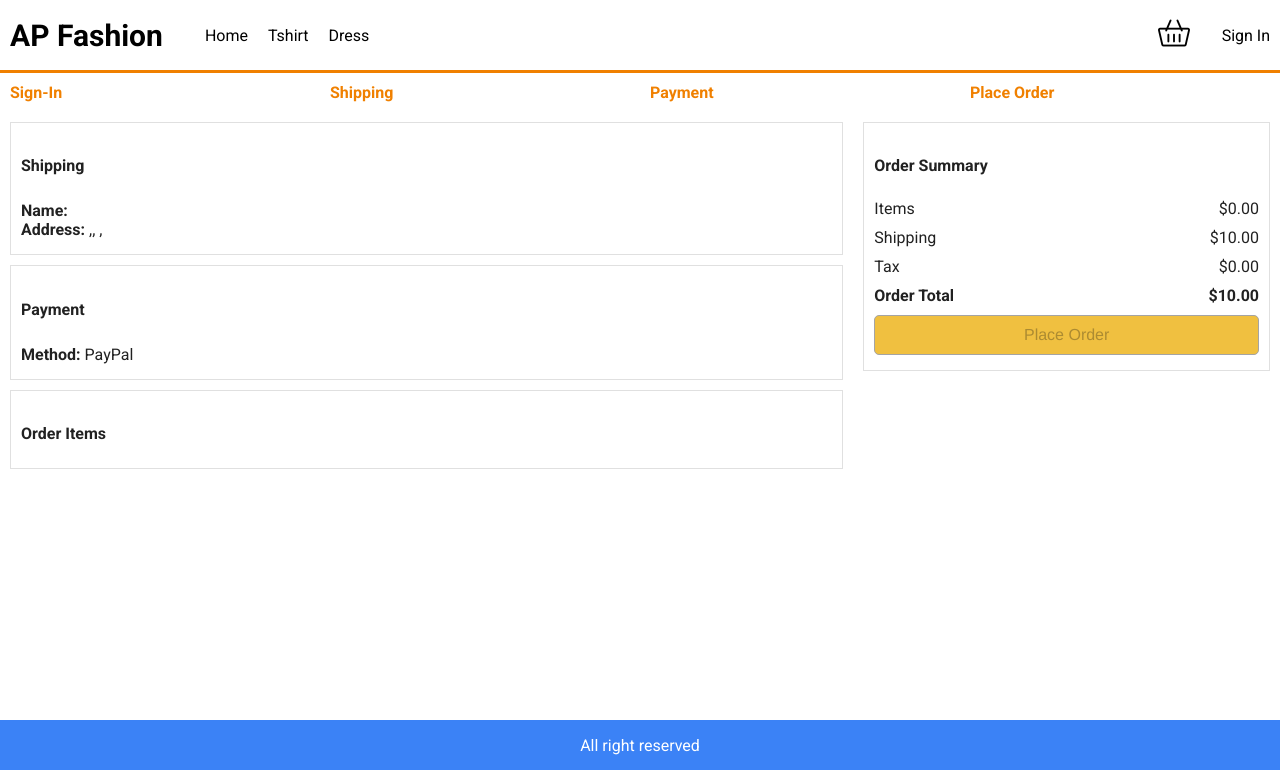
Repository: rexhep/e-commerce
Page: /placeorder (app in frontend/)
The author's editor kept a copy of each file at every save. The page is drawn from the files as they stood at one save, then again after the next save.
The browser window is 1280 px wide. The pictures show the whole page.
The project was rebuilt for these pictures with package versions that can differ from the ones it lists, and the page was loaded fresh each time. Also part of the build but not shown: frontend/src/actions/cartActions.js, frontend/src/actions/userActions.js, frontend/src/components/clientHeader/ClientHeader.jsx, frontend/src/components/MessageBox.js, frontend/src/pages/CartPage.js, frontend/src/components/LoadingBox.js, frontend/src/components/clientHeader/HeaderSlider.jsx, frontend/src/components/SearchFilters.jsx and 26 more.

Above is the page before, as saved 2021-10-28 01:33:32.

### frontend/public/index.html
<!DOCTYPE html>
<html lang="en">
  <head>
    <meta charset="utf-8" />
    <link rel="icon" href="%PUBLIC_URL%/favicon.ico" />
    <meta name="viewport" content="width=device-width, initial-scale=1" />
    <meta name="theme-color" content="#000000" />
    <meta
      name="description"
      content="Web site created using create-react-app"
    />
    <link rel="apple-touch-icon" href="%PUBLIC_URL%/logo192.png" />
    <!--
      manifest.json provides metadata used when your web app is installed on a
      user's mobile device or desktop. See https://developers.google.com/web/fundamentals/web-app-manifest/
    -->
    <link rel="manifest" href="%PUBLIC_URL%/manifest.json" />
    <!--
      Notice the use of %PUBLIC_URL% in the tags above.
      It will be replaced with the URL of the `public` folder during the build.
      Only files inside the `public` folder can be referenced from the HTML.

      Unlike "/favicon.ico" or "favicon.ico", "%PUBLIC_URL%/favicon.ico" will
      work correctly both with client-side routing and a non-root public URL.
      Learn how to configure a non-root public URL by running `npm run build`.
    -->
    <link
        rel="stylesheet"
        href="https://cdnjs.cloudflare.com/ajax/libs/font-awesome/4.7.0/css/font-awesome.min.css"
      />
      <link rel="preconnect" href="https://fonts.googleapis.com">
      <link href="https://fonts.googleapis.com/css2?family=Roboto:ital,wght@0,100;0,300;0,400;0,500;0,700;0,900;1,100;1,300;1,400;1,500;1,700;1,900&display=swap" rel="stylesheet">
    <title>React App</title>
  </head>
  <body>
    <noscript>You need to enable JavaScript to run this app.</noscript>
    <div id="root"></div>
    <!--
      This HTML file is a template.
      If you open it directly in the browser, you will see an empty page.

      You can add webfonts, meta tags, or analytics to this file.
      The build step will place the bundled scripts into the <body> tag.

      To begin the development, run `npm start` or `yarn start`.
      To create a production bundle, use `npm run build` or `yarn build`.
    -->
  </body>
</html>

### frontend/src/index.js
import React from 'react';
import { Provider } from 'react-redux';
import ReactDOM from 'react-dom';
import './index.css';
import App from './App';
import reportWebVitals from './reportWebVitals';
import store from './store';

ReactDOM.render(
  <Provider store={store}>
    <React.StrictMode>
      <App />
    </React.StrictMode>
  </Provider>,
  document.getElementById('root')
);

// If you want to start measuring performance in your app, pass a function
// to log results (for example: reportWebVitals(console.log))
// or send to an analytics endpoint. Learn more: https://bit.ly/CRA-vitals
reportWebVitals();

### frontend/src/index.css
html {
  font-size: 62.5%; /* 16px x 62.5 = 10px = 1rem */
  box-sizing: border-box;
}

html, body {
  overflow: auto;
}

body {
  margin: 0;
  /* height: 100vh; */
  font-size: 1.6rem;
  font-family: 'Roboto', sans-serif;
  -webkit-font-smoothing: antialiased;
  -moz-osx-font-smoothing: grayscale;
  overflow-x: hidden;
}
#root {
  float: left;
  width: 100%;
  height: 100%;
  min-height: 100vh;
}

/* Layout */
.primary-container {
  margin-top: 20px;
}
.grid-container {
  display: grid;
  grid-template-areas:
  'header'
  'main'
  'footer';
  grid-template-columns: 1fr;
  grid-template-rows: 5rem 1fr 5rem;
  height: 100%;
}

header {
  grid-area: header;
  background-color: #fff;
  height: 50px;
}

main {
  /* grid-area: main;
  padding: 1rem; */
  float: left;
  width: 100%;
  min-height: 100vh;
}

footer {
  grid-area: footer;
  background-color: #3B82F6;
  height: 50px;
  color: #fff;
  float: left;
  width: 100%;
}
/* Common */
h1 {
  font-size: 1.8rem;
  padding: 1rem 0;
}

h2 {
  font-size: 1.6rem;
  padding: 1rem 0;
}
a {
  text-decoration: none;
}
a:hover {
  color: #ff8000;
}
ul {
  padding: 0;
  margin: 0;
  list-style-type: none;
}
li {
  margin-top: 1rem;
}

.mr-20 {
  margin-right: 20px;
}

input,
select,
textarea,
button {
  padding: 1rem;
  border-radius: 0.5rem;
  border: 0.1rem #a4a4a4 solid;
  font-size: 1.6rem;
  font-family: Helvetica, Arial, sans-serif;
  -webkit-font-smoothing: antialiased;
  -moz-osx-font-smoothing: grayscale;
}

button {
  background-color: #f8f8f8;
  cursor: pointer;
}

#fade-button {
  color: #fff;
  font-size: 1.6rem;
}
#fade-button:hover {
  border: none;
}

input:hover,
select:hover,
textarea:hover,
button:hover {
  border: 0.1rem #404040 solid;
}
button.primary {
  background-color: #f0c040;
}
button.block {
  width: 100%;
}

button.small {
  font-size: 1.2rem;
}

/* Header */
header {
  color: #000;
  padding: 1rem;
}
header div a {
  color: #000;
}
a.brand {
  color: #000;
  font-size: 3rem;
  font-weight: bold;
}
.badge {
  background-color: #f02020;
  color: #ffffff;
  border-radius: 50%;
  padding: 0.2rem 0.7rem;
  font-size: 1.4rem;
  margin-left: 0.2rem;
}
.row {
  display: flex;
  flex-wrap: wrap;
  justify-content: space-between;
  align-items: center;
}
.row.center {
  justify-content: center;
}
.row.top {
  align-items: flex-start;
}
.col-1 {
  flex: 1 1 25rem;
}
.col-2 {
  flex: 2 1 50rem;
}

.min-30 {
  min-width: 30rem;
}

/* Image */
img {
  border-radius: 0.5rem;
}
img.small {
  max-width: 5rem;
  width: 100%;
}
img.medium {
  max-width: 29rem;
  width: 100%;
}
img.large {
  width: 100%;
}
img.custom-image {
  max-width: 29rem;
  width: 100%;
  max-height: 600px;
  height: 100%;
}

/* SLIDER */
.slider-cover {
  float: left;
  width: 100%;
  height: 500px;
}

.slider-cover .desc {
  position: absolute;
  left: 50%;
  top: 50%;
  transform: translate(-50%, -50%);
  -ms-transform: translate(-50%, -50%); /* for IE 9 */
  -webkit-transform: translate(-50%, -50%); /* for Safari */
  max-width: 500px;
}

.slider-cover .desc h2.title {
  font-size: 32px;
  color: #fff;
  text-align: center;
  font-weight: 700;
  font-size: 60px;
  text-transform: uppercase;
  margin-bottom: 0;
}

.slider-cover .desc p {
  color: #fff;
  font-size: 16px;
  text-align: center;
  font-weight: 300;
}


/* Card */
.card {
  /* border: 0.1rem #c0c0c0 solid;
  background-color: #f8f8f8;
  border-radius: 0.5rem;
  margin: 1rem; */
  background-color: rgb(255, 255, 255);
  color: rgba(0, 0, 0, 0.87);
  transition: box-shadow 300ms cubic-bezier(0.4, 0, 0.2, 1) 0ms;
  border: 1px solid rgba(0, 0, 0, 0.12);
  overflow: hidden;
  border-radius: 0;
  margin: 1rem;
}
.card-body {
  padding: 1rem;
}

.card-body > * {
  margin-bottom: 0.5rem;
}

.custom-card {
  overflow: visible !important;
}

.custom-item, .custom-card {
  box-shadow: none !important;
  border-radius: 0 !important;
}

.custom-item {
  border:solid 1px #ccc9c9;
}

.custom-card-content a h2 {
  font-size: 18px;
  color: #1F2937;
  font-weight: 300;
    text-transform: uppercase;
}

.custom-card-content .rating span {
  font-size: 14px;
  font-weight: 300;
}

.custom-card-content .price {
  font-size: 18px;
  font-weight: 700;
  padding-top: 20px;
}

.custom-card img {
  border-radius: 0;
}

.test {
  z-index: 9999;
  background-color: red;
}

.price {
  font-size: 2rem;
}

/* Rating */
.rating span {
  color: #f0c040;
  margin: 0.1rem;
}
.rating span:last-child {
  color: #404040;
}

/* Alert */
.loading {
  display: block !important;
}
.success {
  color: #20a020;
}
.danger {
  color: #a02020;
}

.alert {
  padding: 1rem;
  border: 0.1rem solid transparent;
  border-radius: 0.5rem;
}
.alert-info {
  color: #2020a0;
  background-color: #e0e0ff;
}
.alert-danger {
  color: #a02020;
  background-color: #ffe0e0;
}

.alert-success {
  color: #20a020;
  background-color: #eeffe0;
}

/* Form */
.form {
  max-width: 60rem;
  margin: 0 auto;
}
.form > div {
  display: flex;
  flex-direction: column;
  margin: 1rem;
}
.form label {
  margin: 1rem 0;
}

/* Dropdown */
.dropdown {
  display: inline-block;
  position: relative;
}
.dropdown-content {
  position: absolute;
  display: none;
  right: 0;
  min-width: 12rem;
  padding: 1rem;
  z-index: 1;
  background-color: #203040;
  margin: 0;
  margin-top: 0.4rem;
  border-radius: 0.5rem;
}
.dropdown:hover .dropdown-content {
  display: block;
}

/* Checkout Steps */
.checkout-steps > div {
  border-top: 0.3rem #c0c0c0 solid;
  color: #c0c0c0;
  flex: 1;
  padding: 1rem;
  font-weight: bold;
}
.checkout-steps > div.active {
  border-top-color: #f08000;
  color: #f08000;
}

/* Table */
.table {
  width: 100%;
  border-collapse: collapse;
}
.table tbody tr:nth-of-type(odd) {
  background-color: #f4f4f4;
}
.table td,
.table th {
  text-align: left;
  border: 0.1rem solid #e4e4e4;
  padding: 0.5rem;
}
.table button {
  margin: 0 0.2rem;
}

/* font-SIZE */
.fontSize, .fontSize a {
  font-size: 1.6rem !important;
  color: #333 !important;
}
.fontSize-avatar {
  color: #000;
  font-size: 1.6rem !important;
}

/* AVATAR ICON */
.avatar-icon {
  margin-left: 10px !important;
}
.avatar-icon:hover {
  border: 0;
}

/* SPINNER */
.spinner-box {
  width: 100%;
  height: 85vh;
  display: flex;
  justify-content: center;
  align-items: center;
  background-color: transparent;
}
.three-quarter-spinner {
  width: 50px;
  height: 50px;
  border: 3px solid #fb5b53;
  border-top: 3px solid transparent;
  border-radius: 50%;
  animation: spin .5s linear 0s infinite;
}

/* END SPINNER */

/* PRODUCT DETAILS */
.product-details {
  padding: 20px;
}
.product-details-image {
  width: 100%;
}

.product-details-image img {
  width: auto;
  max-height: 500px;
  margin: 0 auto;
  display: block;
  border: solid 1px;
  border-radius: 0;
}

.product-details h1 {
  text-transform: uppercase;
  font-family: 'Roboto', sans-serif;
}

.product-details ul li {
  font-family: 'Roboto', sans-serif;
  font-weight: 300;
}

/* END PRODUCT DETAILS */

/* SEARCH FILTER */
.search-filter-main {
  display: block;
  float: left;
  width: 100%;
}
.search-filters {
  display: flex;
  align-items: center;
  justify-content: space-between;
  padding: 15px 0;
  margin: 40px 0;
  border-top: 1px dashed rgba(#2e7bf7, 0.1);
  border-bottom: 1px dashed rgba(#2e7bf7, 0.1);
}
.search-filters input[type="text"] {
  display: block;
  flex: 1;
  padding: 10px 0;
  outline: none;
  font-family: inherit;
  font-size: 20px;
  font-weight: 300;
  color: #000;
  border: none;
  background: none;
}
.search-filters::placeholder {
  font-style: italic;
  color: rgba(#000, 0.3);
}

.search-filters > div {
  display: flex;
  align-items: center;
}

.search-filters > p {
    margin: 0 20px 0 0;
    font-size: 14px;
    font-style: italic;
    font-weight: 400;
    text-align: right;
}

.search-filters > span {
  display: inline-block;
  margin-left: 10px;
  font-size: 12px;
}


.search-filters .slider {
  min-width: 200px;
  height: 30px;
}

.search-filters .slider .track {
    top: 50%;
    height: 8px;
    margin: -4px 0 0;
    background: #3B82F6;
    border-radius: 99px;
  }

  .search-filters .slider .track-1 {
    background:#2868cf
  }

  .search-filters .slider .thumb {
    top: 50%;
    width: 20px;
    height: 20px;
    cursor: pointer;
    outline: none;
    transform: translate(0, -50%);
    background: #3B82F6;
    border-radius: 4px;
    transition: 120ms background-color;
  }

  .search-filters .slider:before {
      content: attr(aria-valuenow);
      position: absolute;
      left: 50%;
      bottom: 100%;
      font-size: 12px;
      font-style: italic;
      line-height: 20px;
      padding: 0 5px;
      color: #fff;
      background: rgba(#000, 0.8);
      border-radius: 4px;
      opacity: 0;
      transform: translate(-50%, -5px) scale(0.5);
      transform-origin: center 25px;
      transition: 120ms transform ease-in-out, 120ms opacity;
      pointer-events: none;
    }

    .search-filters .slider:after {
      content: '';
      position: absolute;
      left: 50%;
      bottom: 100%;
      opacity: 0;
      border: 3px solid transparent;
      border-top-color: rgba(#000, 0.8);
      transform: translate(-50%, 0) scale(0.5);
      transform-origin: center bottom;
      transition: 120ms transform ease-in-out, 120ms opacity;
      pointer-events: none;
    }

  .search-filters .slider:hover:before, .search-filters .slider:hover.active:before {
      opacity: 1;
      transform: translate(-50%, -5px) scale(1);
    }

  .search-filters .slider:hover:after, .search-filters .slider:hover:after {
    opacity: 1;
    transform: translate(-50%, 1px) scale(1);
    }
/* END SEARCH FILTER */

/* IMAGE DETAILS */
.carousel-container {
  margin: 20px;
}

.selected-image {
  width: 100%;
  height: 500px;
  margin-bottom: 8px;
  background-position: center center;
  background-repeat: no-repeat;
  background-size: cover;
}

.carousel {
  position: relative;
}

/* .carousel__images {
  display: flex;
  max-width: 100%;
  overflow-x: hidden;
} */

.carousel__image-selected {
  border: 3px solid #ffa700 !important;
}

.carousel__image {
  margin-right: 10px;
  height: 150px;
  /* min-width: 150px; */
  border: 3px solid #ffa70000;
  background-position: center center;
  background-repeat: no-repeat;
  background-size: cover;
}

.carousel__button {
  position: absolute;
  top: 40%;
}

.carousel__button-left {
  left: 10px;
  background-image: url('./pages/products/images/prev.png');
  background-repeat: no-repeat;
  width: 50px;
  height: 50px;
  background-position: center;
  border-radius: 50%;
  border: none;
  background-color: #fff;
  box-shadow: 0px 5px 25px 0px rgb(0 0 0 / 10%);
  z-index: 9999;
}

.carousel__button-right {
  right: 10px;
  background-image: url('./pages/products/images/next.png');
  background-repeat: no-repeat;
  width: 50px;
  height: 50px;
  background-position: center;
  border-radius: 50%;
  border: none;
  background-color: #fff;
  box-shadow: 0px 5px 25px 0px rgb(0 0 0 / 10%);
  z-index: 9999;
}
/* END IMAGE_DETAILS */

/* KEYFRAMES */

@keyframes spin {
  from {
    transform: rotate(0);
  }
  to{
    transform: rotate(359deg);
  }
}

@keyframes spin3D {
  from {
    transform: rotate3d(.5,.5,.5, 360deg);
  }
  to{
    transform: rotate3d(0deg);
  }
}

@keyframes configure-clockwise {
  0% {
    transform: rotate(0);
  }
  25% {
    transform: rotate(90deg);
  }
  50% {
    transform: rotate(180deg);
  }
  75% {
    transform: rotate(270deg);
  }
  100% {
    transform: rotate(360deg);
  }
}

@keyframes configure-xclockwise {
  0% {
    transform: rotate(45deg);
  }
  25% {
    transform: rotate(-45deg);
  }
  50% {
    transform: rotate(-135deg);
  }
  75% {
    transform: rotate(-225deg);
  }
  100% {
    transform: rotate(-315deg);
  }
}

@keyframes pulse {
  from {
    opacity: 1;
    transform: scale(1);
  }
  to {
    opacity: .25;
    transform: scale(.75);
  }
}

### frontend/src/components/privateRoute.js
import React from 'react';
import { useSelector } from 'react-redux';
import { Redirect, Route } from 'react-router-dom';

export default function PrivateRoute({ component: Component, ...rest }) {
    const userSignin = useSelector((state) => state.userSignin);
    const { userInfo } = userSignin;
    return (
        <Route
            {...rest}
            render={(props) =>
                userInfo ? (
                    <Component {...props}></Component>
                ) : (
                    <Redirect to="/signin" />
                )
            }
        ></Route>
    );
}

### frontend/src/components/AdminRoute.js
import React from 'react';
import { useSelector } from 'react-redux';
import { Redirect, Route } from 'react-router-dom';

export default function AdminRoute({ component: Component, ...rest }) {
    const userSignin = useSelector((state) => state.userSignin);
    const { userInfo } = userSignin;
    return (
        <Route
            {...rest}
            render={(props) =>
                userInfo && userInfo.isAdmin ? (
                    <Component {...props}></Component>
                ) : (
                    <Redirect to="/signin" />
                )
            }
        ></Route>
    )
}

### frontend/src/reducers/ratingsReducers.js
import { PRODUCT_RATINGS_FAIL, PRODUCT_RATINGS_REQUEST, PRODUCT_RATINGS_SUCCESS } from "../constants/ratingsConstants";

export const productRatingsReducer = (state = { loading: true, ratings: [] }, action) => {
    switch (action.type) {
        case PRODUCT_RATINGS_REQUEST:
            return { loading: true };
        case PRODUCT_RATINGS_SUCCESS:
            return { loading: false, item: action.payload }
        case PRODUCT_RATINGS_FAIL:
            return { loading: false, error: action.payload };
        default:
            return state;
    }
}

### frontend/src/components/clientHeader/ClientNavbar.jsx
import React from 'react';
import { useSelector } from 'react-redux';
import { Link } from 'react-router-dom';
import { makeStyles } from '@material-ui/core';
import addToCartImage from '../../components/clientHeader/images/shopping-cart-2.png';
import ClientHeader from '../clientHeader/ClientHeader';

const useStyles = makeStyles((theme) => ({
    dashboardDropdown: {
        padding: "0px 10px",
        '& a': {
            textTransform: 'uppercase'
        }
    },
    addToCartSector: {
        position: 'relative',
        marginLeft: 'auto',
        '& .badge': {
            position: "absolute",
            right: -15
        }
    },
    rowHeader: {
        display: "flex",
        alignItems: "center",
        justifyContent: "flex-end",
        flexWrap: "wrap",
        rowGap: "10px",
        columnGap: "2em"
    },
    navMenu: {
        float: 'left',
        '& a': {
            padding: "10px 10px"
        }
    }
  }));

export default function ClientNavbar() {
    const classes = useStyles();
    const cart = useSelector(state => state.cart);
    const { cartItems } = cart;

    const links = [
        {
          name: `Tshirt`,
          target: `/products/tshirt`
        },
        {
          name: `Dress`,
          target: `/products/dress`
        }
      ];


    const userSignin = useSelector((state) => state.userSignin);
    const { userInfo } = userSignin;

    return (
        <div>
                <header className={classes.rowHeader}>
                    <div>
                        <Link className="brand" to="/">AP Fashion</Link>
                    </div>
                    <div className={classes.navMenu}>
                        <Link to="/">Home</Link>
                        {
                            links.map((link) => {
                                return(
                                    <Link to={link.target}>{link.name}</Link>
                                )
                            })
                        }
                    </div>
                    <div className={classes.addToCartSector}>
                        <Link to="/cart">
                        <img src={addToCartImage} alt="Add to cart" />
                            {cartItems.length > 0 && (
                                <span className="badge">{cartItems.length}</span>
                            )}
                        </Link>
                    </div>
                    <div>
                        {userInfo ? (
                            <div className="dropdown">
                                <ClientHeader />
                            </div>
                        ) : (
                            <Link to="/signin">Sign In</Link>
                        )}
                        {userInfo && userInfo.isAdmin && (
                            <div className={`${classes.dashboardDropdown} dropdown`}>
                                <Link to="/dashboard">Dashboard</Link>
                            </div>
                        )}
                    </div>
                </header>
            </div>
    )
}

### frontend/src/components/CheckoutSteps.js
import React from 'react'

export default function CheckoutSteps(props) {
    return (
        <div className="row checkout-steps">
            <div className={props.step1 ? 'active' : ''}>Sign-In</div>
            <div className={props.step2 ? 'active' : ''}>Shipping</div>
            <div className={props.step3 ? 'active' : ''}>Payment</div>
            <div className={props.step4 ? 'active' : ''}>Place Order</div>
        </div>
    )
}

### frontend/src/constants/userConstants.js
export const USER_REGISTER_REQUEST = 'USER_REGISTER_REQUEST';
export const USER_REGISTER_SUCCESS = 'USER_REGISTER_SUCCESS';
export const USER_REGISTER_FAIL = 'USER_REGISTER_FAIL';

export const USER_SIGNIN_REQUEST = 'USER_SIGNIN_REQUEST';
export const USER_SIGNIN_SUCCESS = 'USER_SIGNIN_SUCCESS';
export const USER_SIGNIN_FAIL = 'USER_SIGNIN_FAIL';

export const USER_SIGNOUT = 'USER_SIGNOUT';

export const USER_DETAILS_REQUEST = 'USER_DETAILS_REQUEST';
export const USER_DETAILS_SUCCESS = 'USER_DETAILS_SUCCESS';
export const USER_DETAILS_FAIL = 'USER_DETAILS_FAIL';

export const USER_UPDATE_PROFILE_REQUEST = 'USER_UPDATE_PROFILE_REQUEST';
export const USER_UPDATE_PROFILE_SUCCESS = 'USER_UPDATE_PROFILE_SUCCESS';
export const USER_UPDATE_PROFILE_FAIL = 'USER_UPDATE_PROFILE_FAIL';
export const USER_UPDATE_PROFILE_RESET = 'USER_UPDATE_PROFILE_RESET';

export const ADMIN_ALL_USERS_REQUEST = 'ADMIN_ALL_USERS_REQUEST';
export const ADMIN_ALL_USERS_SUCCESS = 'ADMIN_ALL_USERS_SUCCESS';
export const ADMIN_ALL_USERS_FAIL = 'ADMIN_ALL_USERS_FAIL';

### frontend/src/constants/productContants.js
export const PRODUCT_LIST_REQUEST = 'PRODUCT_LIST_REQUEST';
export const PRODUCT_LIST_SUCCESS = 'PRODUCT_LIST_SUCCESS';
export const PRODUCT_LIST_FAIL = 'PRODUCT_LIST_FAIL';
export const PRODUCT_LIST_RESET = 'PRODUCT_LIST_RESET';

export const PRODUCT_DETAILS_REQUEST = 'PRODUCT_DETAILS_REQUEST';
export const PRODUCT_DETAILS_SUCCESS = 'PRODUCT_DETAILS_SUCCESS';
export const PRODUCT_DETAILS_FAIL = 'PRODUCT_DETAILS_FAIL';

export const PRODUCT_REGISTER_REQUEST = 'PRODUCT_REGISTER_REQUEST';
export const PRODUCT_REGISTER_SUCCESS = 'PRODUCT_REGISTER_SUCCESS';
export const PRODUCT_REGISTER_FAIL = 'PRODUCT_REGISTER_FAIL';

export const PRODUCT_BY_CATEGORY_REQUEST = 'PRODUCT_BY_CATEGORY_REQUEST';
export const PRODUCT_BY_CATEGORY_SUCCESS = 'PRODUCT_BY_CATEGORY_SUCCESS';
export const PRODUCT_BY_CATEGORY_FAIL = 'PRODUCT_BY_CATEGORY_FAIL';
export const PRODUCT_BY_CATEGORY_RESET = 'PRODUCT_BY_CATEGORY_RESET'

### frontend/src/constants/ratingsConstants.js
export const PRODUCT_RATINGS_REQUEST = 'PRODUCT_RATINGS_REQUEST';
export const PRODUCT_RATINGS_SUCCESS = 'PRODUCT_RATINGS_SUCCESS';
export const PRODUCT_RATINGS_FAIL = 'PRODUCT_RATINGS_FAIL';

Loaded but not shown: frontend/src/reportWebVitals.js (common file); frontend/src/constants/cartContstant.js (common file); frontend/src/pages/PlaceOrderPage.js (146 lines, source omitted); frontend/src/actions/orderActions.js (153 lines, source omitted); frontend/src/reducers/orderReducers.js (108 lines, source omitted); frontend/src/actions/productActions.js (93 lines, source omitted); frontend/src/reducers/userReducer.js (70 lines, source omitted); frontend/src/App.js (52 lines, source omitted); frontend/src/store.js (57 lines, source omitted); frontend/src/reducers/productReducers.js (62 lines, source omitted); frontend/src/reducers/cartReducers.js (39 lines, source omitted); frontend/src/constants/orderConstants.js (26 lines, source omitted)

After the next save:
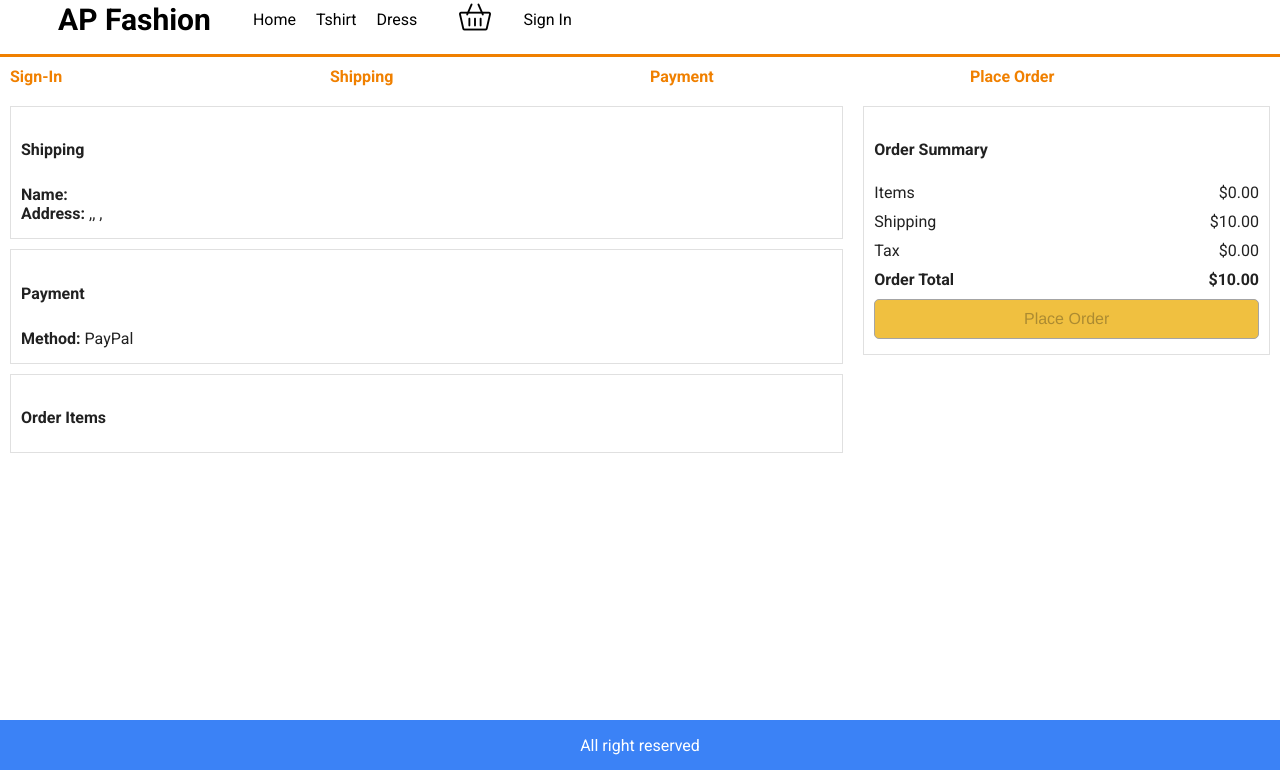
Saved 61 s later.
--- a/frontend/src/components/clientHeader/ClientNavbar.jsx
+++ b/frontend/src/components/clientHeader/ClientNavbar.jsx
@@ -1,6 +1,9 @@
 import React from 'react';
 import { useSelector } from 'react-redux';
 import { Link } from 'react-router-dom';
+import Container from '@mui/material/Container';
+import Box from '@mui/material/Box';
+import Grid from '@mui/material/Grid';
 import { makeStyles } from '@material-ui/core';
 import addToCartImage from '../../components/clientHeader/images/shopping-cart-2.png';
 import ClientHeader from '../clientHeader/ClientHeader';
@@ -57,7 +60,10 @@ export default function ClientNavbar() {
     const { userInfo } = userSignin;
 
     return (
-        <div>
+        <Container maxWidth="lg" className={classes.customContainer}>
+                            <Box sx={{ flexGrow: 1 }}>
+                                <Grid container spacing={2}>
+                                <div>
                 <header className={classes.rowHeader}>
                     <div>
                         <Link className="brand" to="/">AP Fashion</Link>
@@ -96,5 +102,8 @@ export default function ClientNavbar() {
                     </div>
                 </header>
             </div>
+                                 </Grid>
+                            </Box>
+                        </Container>
     )
 }
